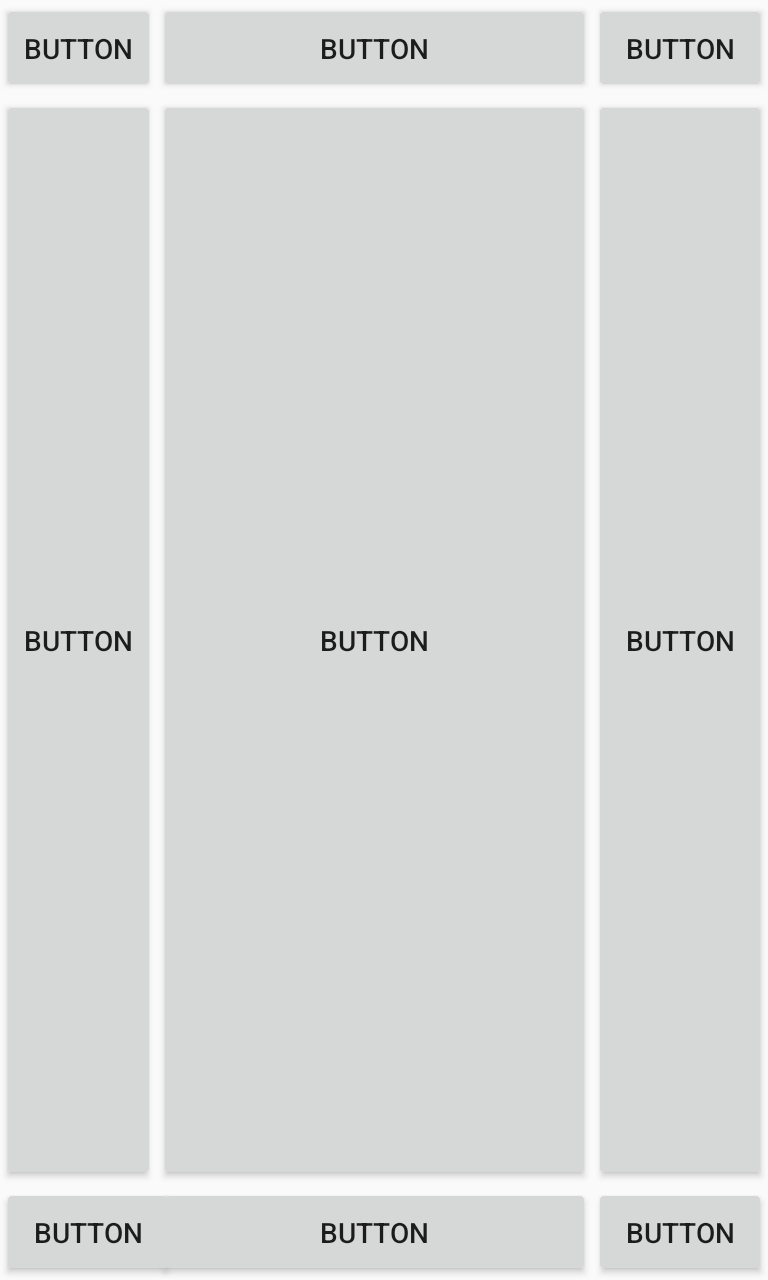
Repository: PaulAlfred/Android_Exercises
Layout: MoreLayouts/res/layout/relative_layout_top_bot_cent3.xml
An editor plug-in stored every save of this project. The layout is shown before and after the next save, followed by the edit.
It is drawn on a 768 x 1280 px phone screen (xhdpi) without system bars, with theme AppTheme; the app's code is not run. The app's manifest (not shown) leaves right-to-left support off. So textAlignment, textDirection and layoutDirection are ignored, and left and right values win over start and end ones.

Above is the layout before, as saved 2014-10-27 01:31:36.

### MoreLayouts/res/layout/relative_layout_top_bot_cent3.xml
<?xml version="1.0" encoding="utf-8"?>
<RelativeLayout xmlns:android="http://schemas.android.com/apk/res/android"
    android:layout_width="match_parent"
    android:layout_height="match_parent" >

    <Button
        android:id="@+id/button1"
        style="?android:attr/buttonStyleSmall"
        android:layout_width="wrap_content"
        android:layout_height="wrap_content"
        android:layout_alignParentLeft="true"
        android:text="Button" />

    <Button
        android:id="@+id/button2"
        android:layout_width="wrap_content"
        android:layout_height="wrap_content"
        android:layout_toLeftOf="@id/button3"
        android:layout_toRightOf="@id/button1"
        android:text="Button" />

    <Button
        android:id="@+id/button3"
        android:layout_width="wrap_content"
        android:layout_height="wrap_content"
        android:layout_alignParentRight="true"
        android:text="Button" />

    <Button
        android:id="@+id/button4"
        android:layout_width="wrap_content"
        android:layout_height="wrap_content"
        android:layout_alignParentBottom="true"
        android:layout_alignParentLeft="true"
        android:layout_alignParentRight="false"
        android:text="Button"
        android:textSize="14dp" />

    <Button
        android:id="@+id/button5"
        android:layout_width="wrap_content"
        android:layout_height="wrap_content"
        android:layout_alignParentBottom="true"
        android:layout_toLeftOf="@id/button3"
        android:layout_toRightOf="@id/button1"
        android:layout_toStartOf="@id/button4"
        android:text="Button" />

    <Button
        android:id="@+id/button6"
        android:layout_width="wrap_content"
        android:layout_height="wrap_content"
        android:layout_alignParentBottom="true"
        android:layout_alignParentRight="true"
        android:text="Button" />

    <Button
        android:id="@+id/button7"
        android:layout_width="wrap_content"
        android:layout_height="wrap_content"
        android:layout_above="@id/button4"
        android:layout_alignParentLeft="true"
        android:layout_below="@id/button1"
        android:layout_toLeftOf="@+id/button2"
        android:text="Button" />

    <Button
        android:id="@+id/button8"
        android:layout_width="wrap_content"
        android:layout_height="wrap_content"
        android:layout_above="@id/button5"
        android:layout_below="@id/button2"
        android:layout_toLeftOf="@id/button9"
        android:layout_toRightOf="@id/button7"
        android:text="Button" />

    <Button
        android:id="@+id/button9"
        android:layout_width="wrap_content"
        android:layout_height="wrap_content"
        android:layout_above="@id/button6"
        android:layout_alignParentRight="true"
        android:layout_below="@id/button3"
        android:text="Button" />

</RelativeLayout>

Loaded but not shown: MoreLayouts/res/values/styles.xml (common file); MoreLayouts/res/values-v11/styles.xml (common file); MoreLayouts/res/values-v14/styles.xml (common file)

After the next save:
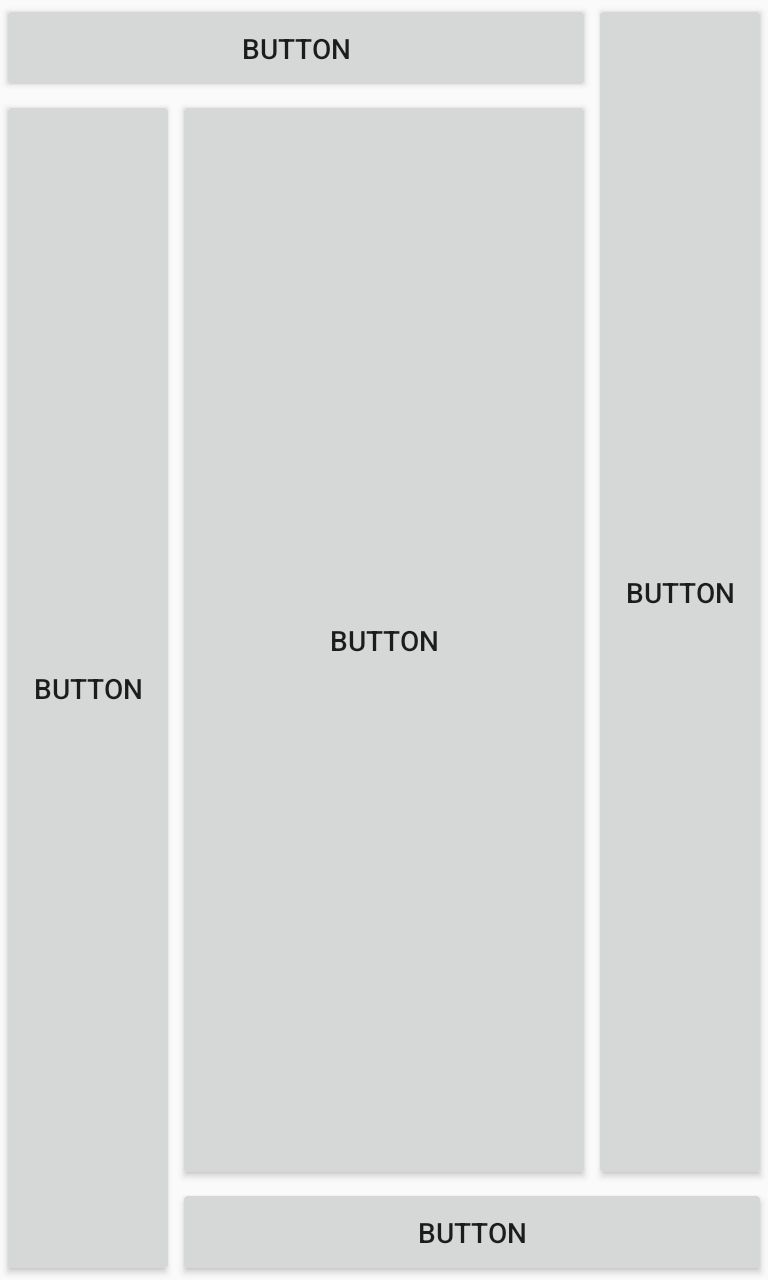
Saved 7 min 31 s later.
--- a/MoreLayouts/res/layout/relative_layout_top_bot_cent3.xml
+++ b/MoreLayouts/res/layout/relative_layout_top_bot_cent3.xml
@@ -9,59 +9,26 @@
         android:layout_width="wrap_content"
         android:layout_height="wrap_content"
         android:layout_alignParentLeft="true"
-        android:text="Button" />
-
-    <Button
-        android:id="@+id/button2"
-        android:layout_width="wrap_content"
-        android:layout_height="wrap_content"
         android:layout_toLeftOf="@id/button3"
-        android:layout_toRightOf="@id/button1"
         android:text="Button" />
 
     <Button
         android:id="@+id/button3"
         android:layout_width="wrap_content"
         android:layout_height="wrap_content"
+        android:layout_above="@id/button5"
+        android:layout_alignParentBottom="false"
         android:layout_alignParentRight="true"
-        android:text="Button" />
-
-    <Button
-        android:id="@+id/button4"
-        android:layout_width="wrap_content"
-        android:layout_height="wrap_content"
-        android:layout_alignParentBottom="true"
-        android:layout_alignParentLeft="true"
-        android:layout_alignParentRight="false"
-        android:text="Button"
-        android:textSize="14dp" />
-
-    <Button
-        android:id="@+id/button5"
-        android:layout_width="wrap_content"
-        android:layout_height="wrap_content"
-        android:layout_alignParentBottom="true"
-        android:layout_toLeftOf="@id/button3"
-        android:layout_toRightOf="@id/button1"
-        android:layout_toStartOf="@id/button4"
-        android:text="Button" />
-
-    <Button
-        android:id="@+id/button6"
-        android:layout_width="wrap_content"
-        android:layout_height="wrap_content"
-        android:layout_alignParentBottom="true"
-        android:layout_alignParentRight="true"
+        android:layout_alignParentTop="true"
         android:text="Button" />
 
     <Button
         android:id="@+id/button7"
         android:layout_width="wrap_content"
         android:layout_height="wrap_content"
-        android:layout_above="@id/button4"
+        android:layout_alignParentBottom="true"
         android:layout_alignParentLeft="true"
         android:layout_below="@id/button1"
-        android:layout_toLeftOf="@+id/button2"
         android:text="Button" />
 
     <Button
@@ -69,18 +36,18 @@
         android:layout_width="wrap_content"
         android:layout_height="wrap_content"
         android:layout_above="@id/button5"
-        android:layout_below="@id/button2"
-        android:layout_toLeftOf="@id/button9"
+        android:layout_below="@id/button1"
+        android:layout_toLeftOf="@id/button3"
         android:layout_toRightOf="@id/button7"
         android:text="Button" />
 
     <Button
-        android:id="@+id/button9"
+        android:id="@+id/button5"
         android:layout_width="wrap_content"
         android:layout_height="wrap_content"
-        android:layout_above="@id/button6"
+        android:layout_alignParentBottom="true"
         android:layout_alignParentRight="true"
-        android:layout_below="@id/button3"
+        android:layout_toRightOf="@+id/button7"
         android:text="Button" />
 
 </RelativeLayout>
